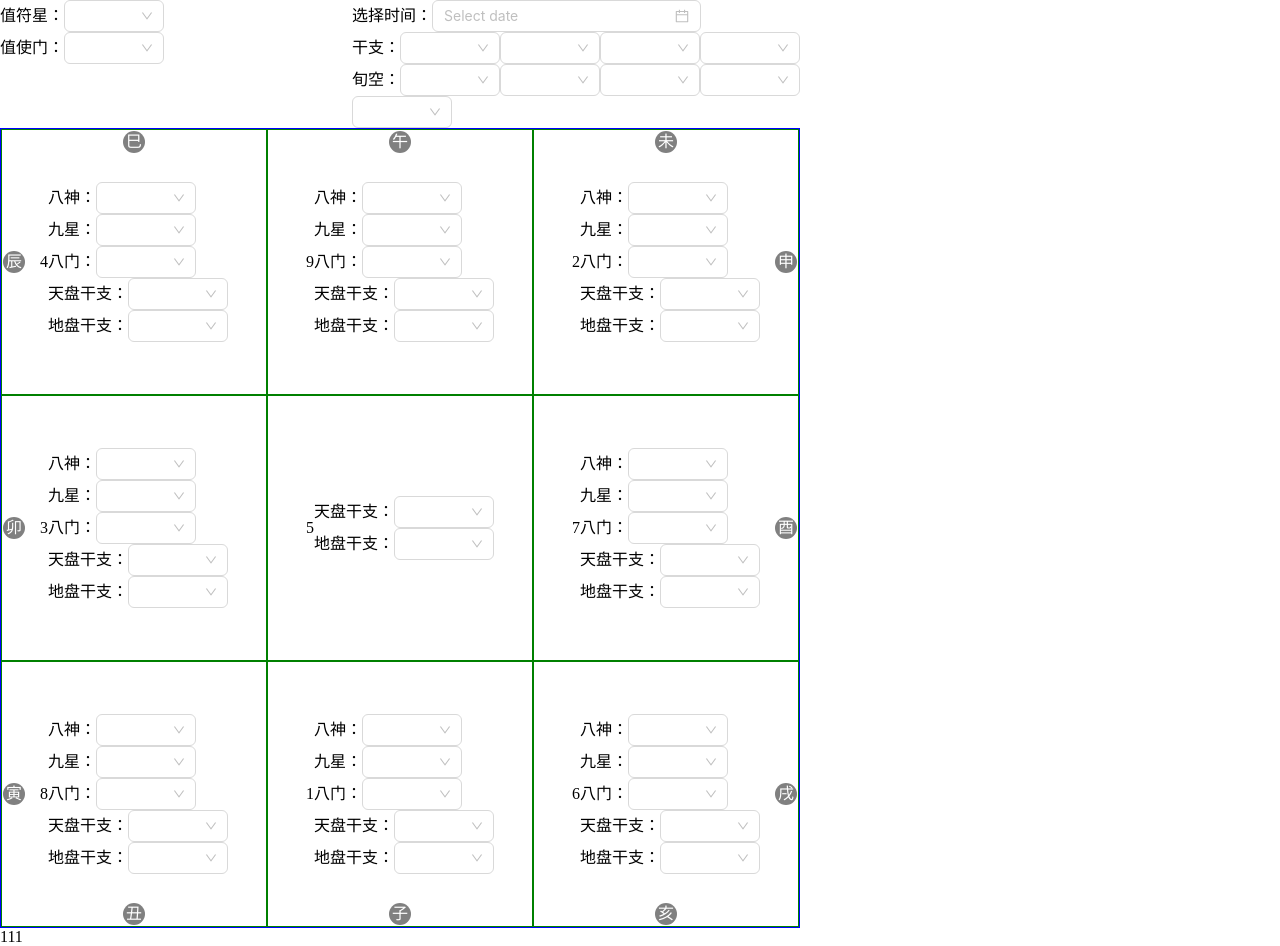
Repository: DaozhangChen/qiMen
Page: /
These files come from the project's save history. The page is drawn as it stood at one moment and after the next save; the edit follows.
The browser window is 1280 px wide. The pictures show the whole page.
The project was rebuilt for these pictures with package versions that can differ from the ones it lists, and the page was loaded fresh each time. Also part of the build but not shown: vite.config.js.

Above is the page before, as saved 2024-04-20 16:59:08.

After the next save:
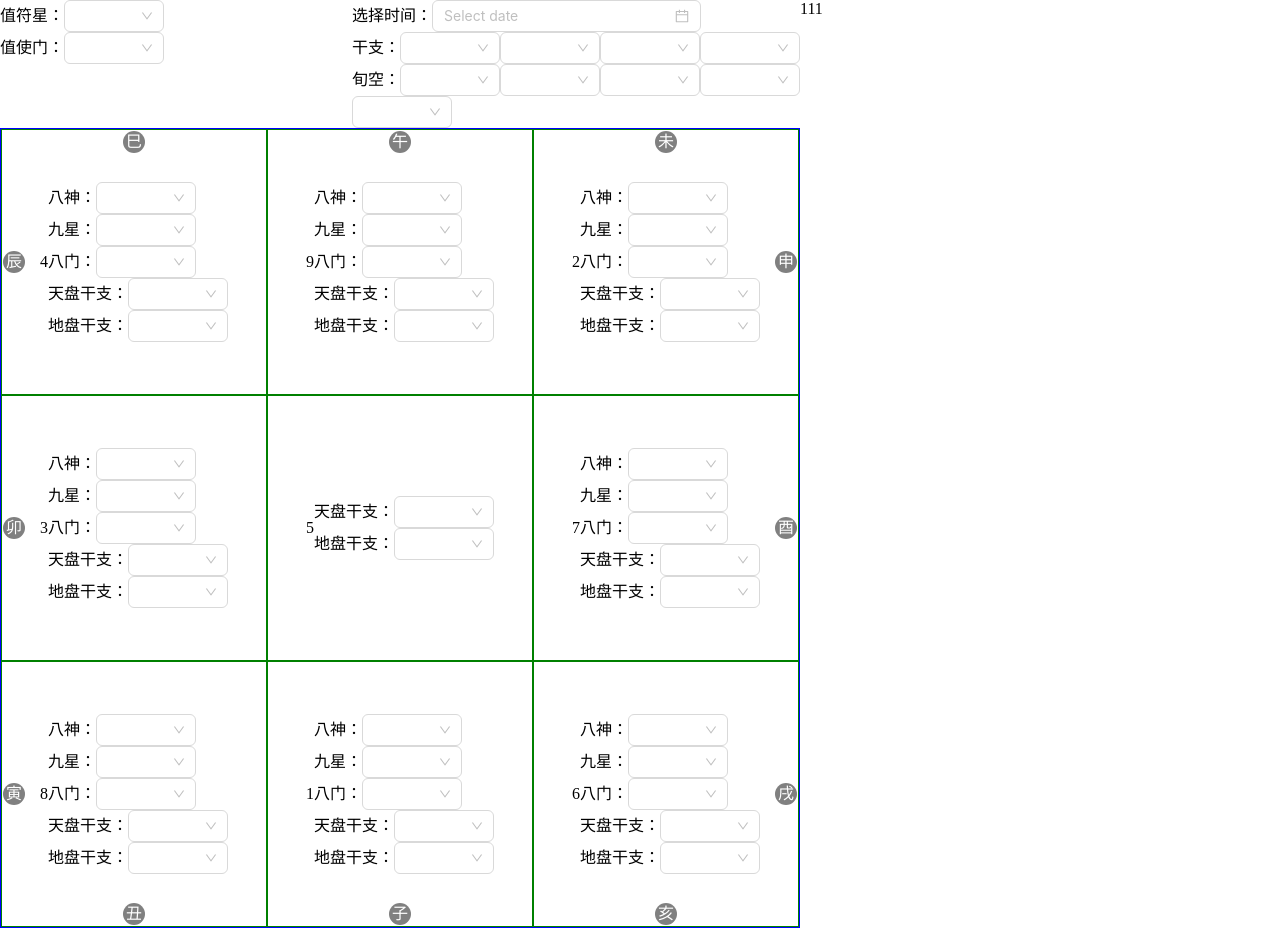
Saved 10 s later.
--- a/src/style/Sudoku.css
+++ b/src/style/Sudoku.css
@@ -57,3 +57,7 @@ div[class^="downStem"] {
     position: absolute;
     transform: translateY(120px);
 }
+
+.wrapper {
+    display: flex;
+}
